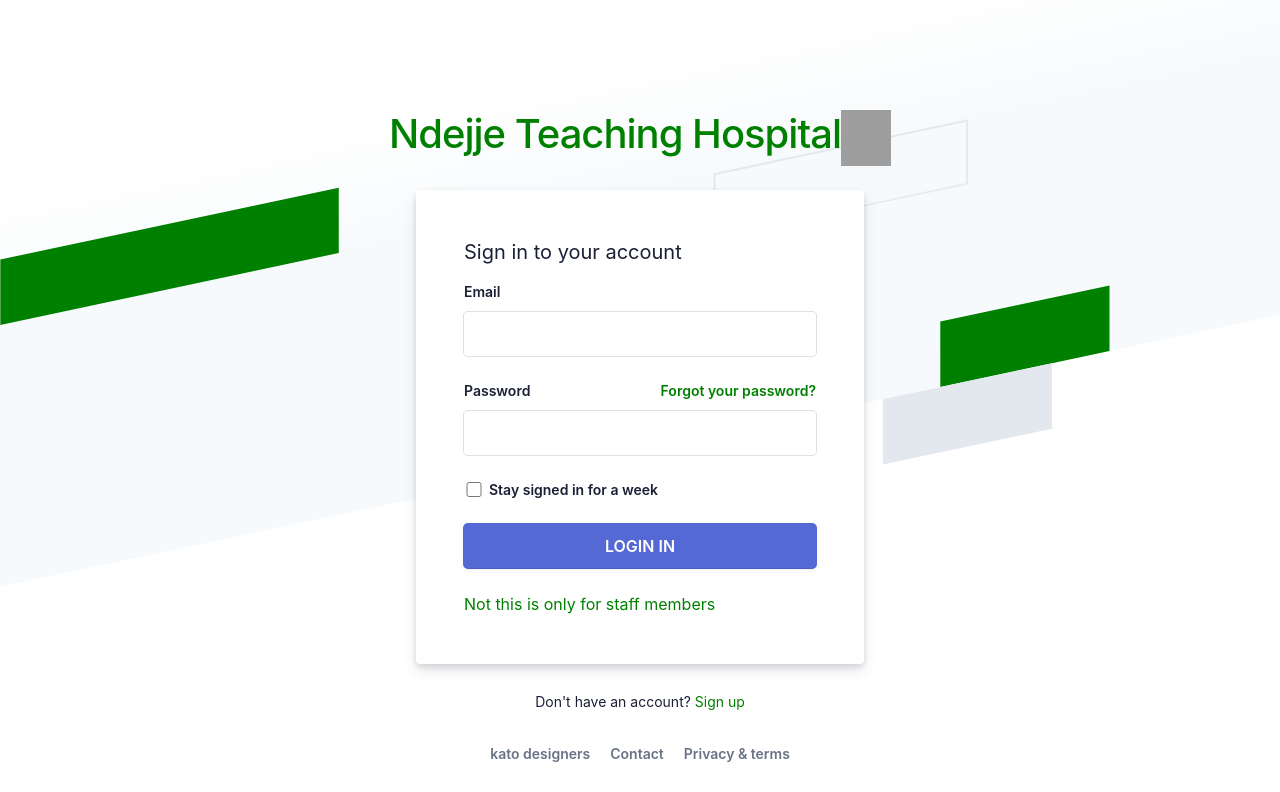
Repository: kluivert-ssali/katoMessi
Page: http://localhost/login.php
An editor plug-in stored every save of this project. The page is shown before and after the next save, followed by the edit.
The browser window is 1280 px wide. The pictures show the whole page.
Pictures or frames that could not be fetched are drawn as grey boxes. Some web libraries are served in a nearby version. The page is run by PHP 8.4 with error messages shown; the project is at /var/www/html/.

Above is the page before, as saved 2022-05-13 23:52:57.

After the next save:
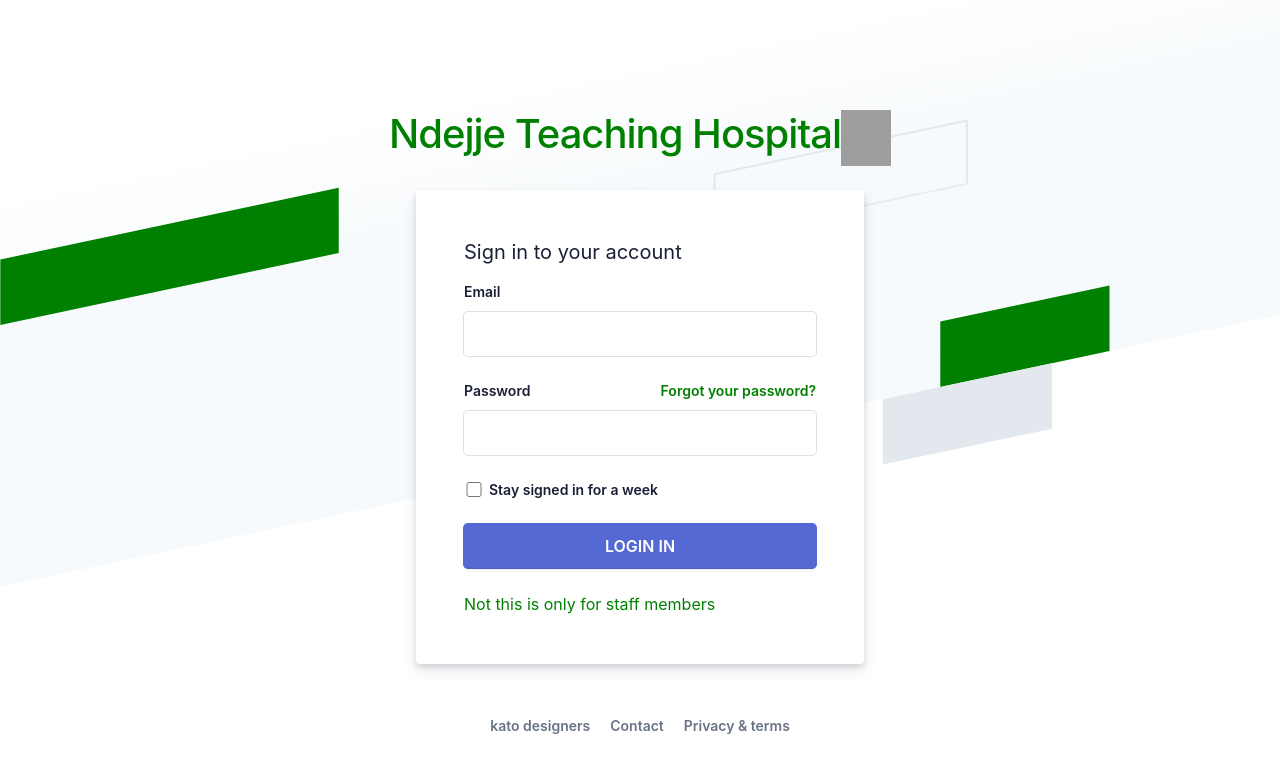
Saved 5 min 13 s later.
--- a/login.php
+++ b/login.php
@@ -336,7 +336,7 @@ a.ssolink {
                         </div>
                     </div>
                     <div class="footer-link padding-top--24">
-                        <span>Don't have an account? <a href="">Sign up</a></span>
+
                         <div class="listing padding-top--24 padding-bottom--24 flex-flex center-center">
                             <span><a href="#">kato designers</a></span>
                             <span><a href="#">Contact</a></span>
